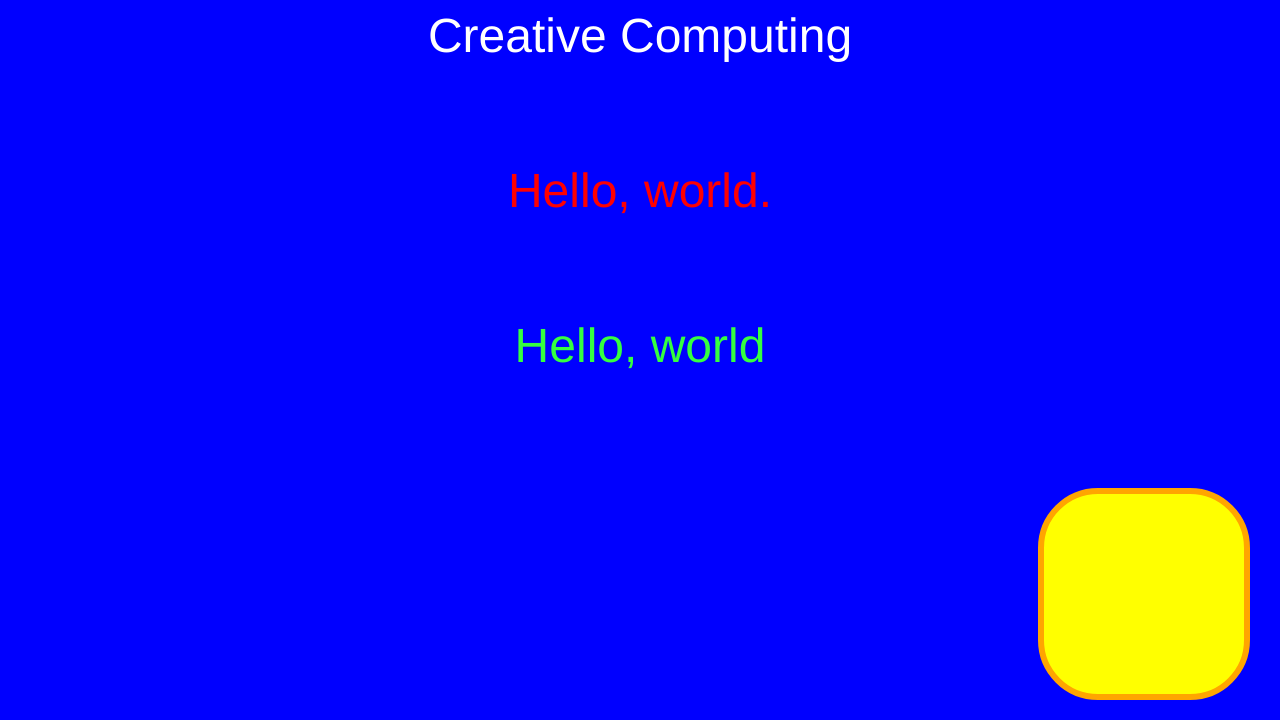
Repository: hanj291/hanj291.github.io
Page: page2.html
The author's editor kept a record of every edit. The page is drawn from the files as they stood at one moment, then again after the next edit.
The browser window is 1280 px wide. The pictures show the whole page.

Above is the page before.

### page2.html
<!DOCTYPE html>
<html>
	<head>
		<title>Hello, world.</title>
		<link href="styles.css" rel="stylesheet">
	</head>
	<body>

	<a href="http://creativecomputing.me">Creative
	Computing</a>
	<div class="one">


	</div>
		<p>Hello, world.</p>
		<p class= "paragraph2">Hello, world</p>
	</body>
</html>

### styles.css
body {
    background-color: blue;
    color: red;
    font-size: 48px;
    font-family: Helvetica, Arial, sans-serif;
    text-align: center;

}

p {
    margin: 100px;
}

.paragraph2 {
    color: #35ff3f;
}

.one {
    width: 200px;
    height: 200px;
    background-color: yellow;
    position: fixed;
    bottom: 20px;
    right: 30px;
    border-radius: 60px;
        border: solid orange 6px;
}

.one:hover {
    background-color: lime;
}

a:link {
    color: white;
    text-decoration: none;
}

a:visited {
    color: black;
}

a:hover {
    color: red;
}

After the next edit:
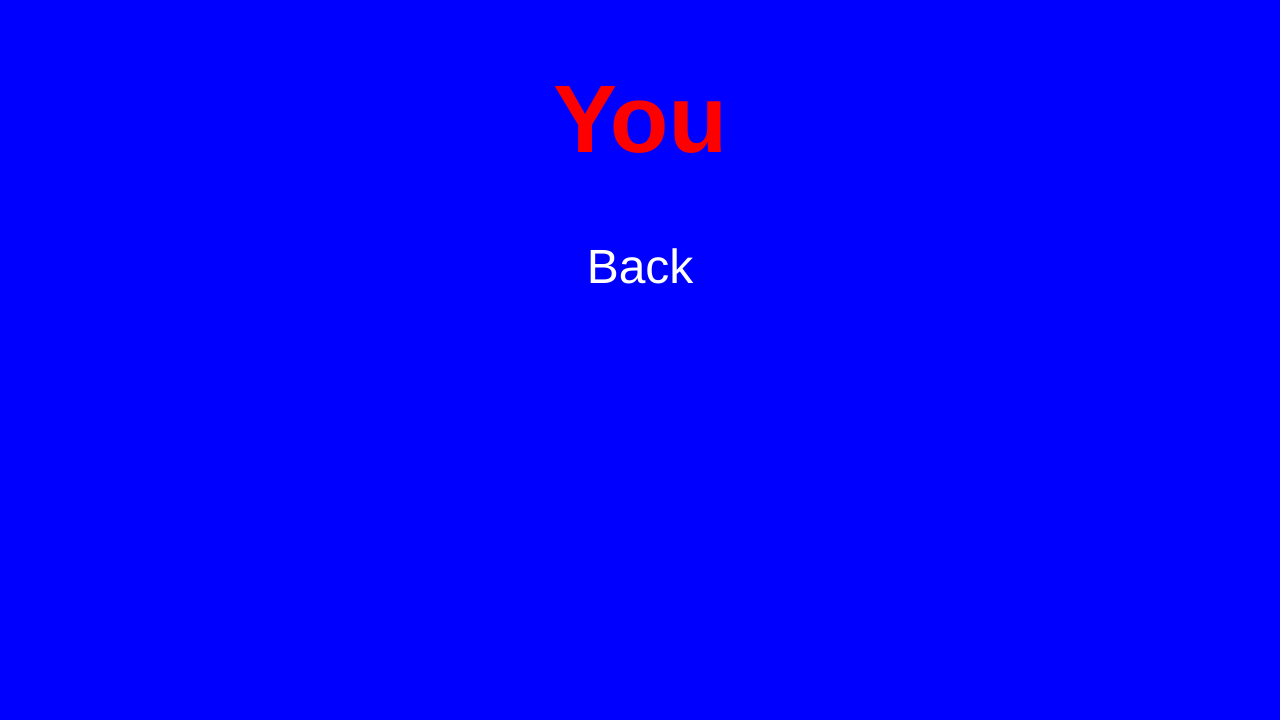
The edit:
--- a/page2.html
+++ b/page2.html
@@ -6,13 +6,7 @@
 	</head>
 	<body>
 
-	<a href="http://creativecomputing.me">Creative
-	Computing</a>
-	<div class="one">
-
-
-	</div>
-		<p>Hello, world.</p>
-		<p class= "paragraph2">Hello, world</p>
+	<h1> You</h1>
+	<a href="index.html">Back</a>
 	</body>
 </html>
